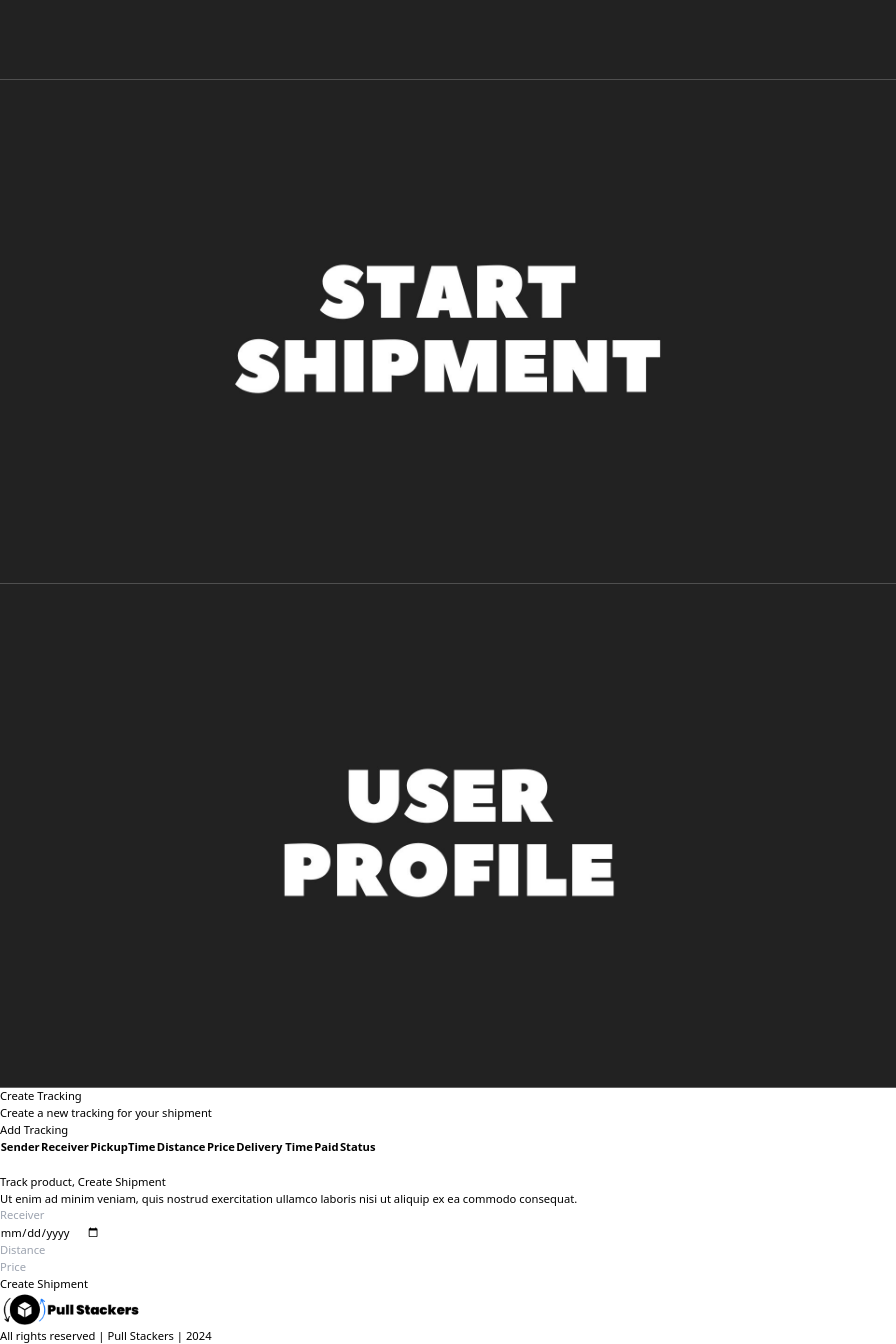
Repository: ThisIsSahaj/SupplyChainManagement
Page: /, after clicking the first element matching `p.inline-block`
These files come from the project's save history. The page is drawn as it stood at one moment and after the next save; the edit follows.
The browser window is 1280 px wide. The pictures show the part of the page from y = 1537 to 3457 px (the page is 3457 px tall before and 3433 px after), at 70% of full size.
The project was rebuilt for these pictures with package versions that can differ from the ones it lists, and the page was loaded fresh each time. The framework's server and built-in components were replaced by stand-ins that run in the browser. Also part of the build but not shown: next.config.js, Components/SVG/Str1.jsx, Components/Profile.jsx, Components/GetShipment.jsx, Components/CompleteShipment.jsx, Components/StartShipment.jsx, Components/SVG/Nav1.jsx, Components/SVG/Fot1.jsx and 1 more.

Above is the page before, as saved 2024-05-26 08:35:29.

### pages/_app.js
import "../styles/globals.css";


//INTERNAL IMPORT

import { TrackingProvider } from "../Conetxt/TrackingContext";

import {NavBar ,Footer} from "../Components";

export default function App({ Component, pageProps }) {

  return (
  <>
    <TrackingProvider>
    <NavBar />
     <Component {...pageProps} />
    </TrackingProvider>
    <Footer />
 </>
  );
}

//   return <Component {...pageProps} />;

// }

### pages/index.js
import React ,{ useState, useEffect, useCallback, useContext} from "react";
// module.exports = {
//     plugins: [
//       require('autoprefixer'),
//       // add other PostCSS plugins here if needed
//     ],
//   };
//internal import
import{
    Table,
    Form,
    Services,
    Profile,
    CompleteShipment,
    GetShipment,
    StartShipment,
} from "../Components/index.js";
import {TrackingContext} from "../Conetxt/TrackingContext";

const index=() =>{
    const{
        currentUser,
        createShipment,
        getAllShipments,
        completeShipment,
        getShipment,
        startShipment,
        getShipmentsCount,

    } =useContext(TrackingContext);
//STATE VARIABLE
    const [createShipmentModel , setCreateShipmentModel]= useState(false);
    const [openProfile , setOpenProfile]= useState(false);
    const [startModal , setStartModal]= useState(false);
    const [completeModal, setCompleteModal]= useState(false);
    const [getModel , setGetModel]= useState(false);
// DATA STATE VARIABLE
    const[allShipmentsdata ,setallShipmentsdata  ]=useState();

    useEffect(()=>{
      const getCampaignsData = getAllShipments();
        return async()=>{
        const allData = await getCampaignsData;
        setallShipmentsdata(allData);
        };
    },[]);

    return(
        <>
        <Services
        setOpenProfile={setOpenProfile}
        setCompleteModal={setCompleteModal}
        setGetModel={setGetModel}
        setStartModal={setStartModal}
        />
        <Table
        setCreateShipmentModel={setCreateShipmentModel}
        allShipmentsdata={allShipmentsdata}

        />
        <Form
        createShipmentModel={createShipmentModel}
        createShipment={createShipment}
        setCreateShipmentModel={setCreateShipmentModel}
        />
        <Profile
        openProfile={openProfile}
        setOpenProfile={setOpenProfile}
        currentUser={currentUser}
        getShipmentsCount={getShipmentsCount}
        />
        <CompleteShipment
        completeModal={completeModal}
        setCompleteModal={setCompleteModal}
        completeShipment={completeShipment}
        />
        <GetShipment
        getModel={getModel}
        setGetModel={setGetModel}
        getShipment={getShipment}
        />
        <StartShipment
        startModal={startModal}
        setStartModal={setStartModal}
        startShipment={startShipment}
        />
        </>

    );
};

export default index;

### Components/index.js
import Footer from "./Footer";
import Table from "./Table";
import NavBar from "./NavBar";
import Form from "./Form";
import Services from "./Services";
import Profile from "./Profile";
import GetShipment from "./GetShipment";
import CompleteShipment from "./CompleteShipment";
import StartShipment from "./StartShipment";
//SVG
import Nav1 from "./SVG/Nav1";
import Nav2 from "./SVG/Nav2";
import Nav3 from "./SVG/Nav3";
import Fot1 from "./SVG/Fot1";
import Fot2 from "./SVG/Fot2";
import Str1 from "./SVG/Str1";
export {
 Table,
Footer,
NavBar,
Form,
Services,
Profile,
GetShipment,
CompleteShipment,
StartShipment,
//SVG

Nav1,
Nav2,
Nav3,
Fot1,
Fot2,
Str1,
};

### Components/Footer.jsx
import React from "react";
import { Fot1, Fot2 } from "../Components/index";
import { fromJSON } from "postcss";


export default ()=>{
  // const footerNavs =[
  //   {
  //     href:"javasvript:void(0)",
  //     name:"Terms",
  //   },
  //   {
  //     href:"javasvript:void(0)",
  //     name:"Privacy",
  //   },
  //   {
  //     href:"javasvript:void(0)",
  //     name:"Licence",
  //   },
  //   {
  //     href:"javasvript:void(0)",
  //     name:"About us",
  //   },
  // ];
  return(
    <footer className="pt-10">
      <div className="max-w-screen-xl mx-auto px-4 text-gray-600 nd:px-8">
        <div className="justify-between sm:flex">
          <div className="space-y-6">
            <img src="logo.png" width={200}
          height={50} />
          <p className="max-w-md">
            {/* devloped by Pull Stackers. */}
          </p>
          {/* <ul className="flex flex-wrap gap-4 text-sm sm:text-base">
            {footerNavs.map((item,idx)=>(
              <li className="text-gray-800 hover:text-blue-500 duration-150">
                <a key={idx} href={item.href}>
                  {item.name}
                </a>
              </li>
            ))}
          </ul> */}
          </div>
            <div className="mt-6">
              <p className="text-gray-700 font-semibold"></p>
              <div className=" flex items-center gap-3 sm:block">
                <a href="javasvript:void(0)">

                </a>
                <a href="javasvript:void(0)" className="mt-0 block sm:mt-3">

                </a>
               </div>
              </div>
        </div>
        <div className="mt-10 py-10 border-t md:text-center">
          <p>All rights reserved | Pull Stackers | 2024</p>
        </div>
      </div>
    </footer>
  );
};

### Components/Table.jsx

export default ({ setCreateShipmentModel, allShipmentsdata})=>{
  const converTime = (time) => {
    const newTime = new Date(time);
    const dateTime = new Intl.DateTimeFormat("en-US", {
      year: "numeric",
      month: "2-digit",
      day: "2-digit",
  }).format(newTime);
  return dateTime;
};
console.log(allShipmentsdata);
return(
<div className="border-4 border-black rounded-xl max-w-screen-xl mx-auto px md:px-8">
  <div className=" items-start justify-between md:flex">
    <div className=" max-w-lg">
      <h3 className=" text-greay-800 text-xl font-bold sm:text-2xl">
        Create Tracking
      </h3>
<p className="mt-2 text-gray-600">
  Create a new tracking for your shipment
</p>
    </div>
    <div className="mt-3 md:mt-3">
      <p
      onClick={()=>setCreateShipmentModel(true)}
      href="javascript:void(0)"
      className="inline-block px-4 py-2 text-white duration-150 frnt-medium bg-black hover:bg-transparent hover:text-black active:bg-black md:text-sm rounded-lg
      md:inline-flex border-4 border-black pointer">
        Add Tracking
        </p>
    </div>
  </div>
  <div className="mt-12 shadow-sm rounded-lg overflow-x-auto">
    <table className=" w-full table-auto text-sm text-left">
      <thead className=" bg-gray-50 text-gray-600 font-medium border-b">
        <tr>
          <th className="px-6 py-3">Sender</th>
          <th className="px-6 py-3">Receiver</th>
          <th className="px-6 py-3">PickupTime</th>
          <th className="px-6 py-3">Distance</th>
          <th className="px-6 py-3">Price</th>
          <th className="px-6 py-3">Delivery Time</th>
          <th className="px-6 py-3">Paid</th>
          <th className="px-6 py-3">Status</th>
        </tr>
      </thead>
      <tbody className=" text-gray-600 divide-y">
      {allShipmentsdata?.map((shipment, idx)=>(
        <tr key={idx} >
          <td className="px-6 py-3 whitespace-nowrap">
            {shipment.sender.slice(0, 15)}...
          </td>
          <td className="px-6 py-4 whitespace-nowrap">
          {shipment.receiver.slice(0, 15)}...
          </td>
          <td className="px-6 py-4 whitespace-nowrap">
          {converTime (shipment.pickupTime)}
          </td>
          <td className="px-6 py-4 whitespace-nowrap">
          {converTime(shipment.pickupTime)}
          </td>
          <td className="px-6 py-4 whitespace-nowrap">
          {shipment.distance} Km
          </td>
          <td className="px-6 py-4 whitespace-nowrap">
           {shipment.price}
          </td>
          <td className="px-6 py-4 whitespace-nowrap">
          {shipment.deliveryTime}
          </td>
          <td className="px-6 py-4 whitespace-nowrap">
          {shipment.isPaid ? "Completed" : "Not Complete"}
          </td>
          <td className="px-6 py-4 whitespace-nowrap">
          {shipment.status == 0
            ? "Pending"
            : shipment.status == 1
            ? "IN_TRANSIT"
            : "Delivered"}
          </td>
        </tr>
      ))}
     </tbody>
    </table>
  </div>
</div>

);

};

### Components/NavBar.jsx
import { useEffect, useState, useContext } from "react";

import React from "react";
import {TrackingContext} from "../Conetxt/TrackingContext";
import {Nav1 ,Nav2,Nav3} from "../Components/index"
// import { title } from "process";
// import path from "path";

export default ()=>{
  const [state , setState]= useState(false);
  const { currentUser,connectWallet} =useContext(TrackingContext);

//   const navigation =[
//     { title: "Home", path:"#"},
//     { title: "About", path:"#" },
//     { title: "Contact Us", path:"#"},
//     { title: "Erc20", path:"#"}
// ];

useEffect(()=>{
  document.onclick =(e)=>{
    const target = e.target;
    if(!target.closest(".menu-btn")) setState(false)
  };
},[]);
return(
  <nav className={`bg-white  md:text-sm ${
    state
    ? " shadow-lg rounded-xl border mx-2 mt-2 md:shadow-none md:border-none md:mx-2 md:mt-0"
    :""
  }`}
  >

    <div className="gap-x-14 items-center max-w-screen-xl mx-auto px-4 md:flex md:px-8">
      <div className="flex justify-between items-center py-5 md:block">
        <a href="javascriot:void(0)">
          <img
          src="logo.png"
          width={200}
          height={50}
          alt="Pull Stackers Logo"
          />
        </a>
        <div className="md:hidden">
          <button
          className="menu-btn text-blue-500 hover:text-gray-800"
          onClick={()=>setState(!state)}>

            {state ? <Nav1/> : <Nav2/>}
          </button>
          </div>
    </div>
    <div className={`flex-1 items-center mt-8 md:mt-0 md:flex ${
      state ? "block" : "hidden"
    }`}>
      {/* <ul className=" justify-center items-center space-y-6md:flex md:space-x-6 md:space-y-0 inline-flex items-center justify-center">
        {navigation.map((item,idx)=>{
          return (
            <li key={idx} className="text-gray-700 hover:text-gray-900">
            <a href={item.path} className="block">
              {item.title}
            </a>
            </li>
          );
        })}
      </ul> */}

      <div className="flex-1 gap-x-6 items-center justify-end mt-6 space-y-6 md:flex md:space-y-0 md:mt-0">
        {currentUser ? (
          <p className="flex items-center justify-center gap-x-1 py-2 px-4
           text-white font-medium bg-gray-800 hover:bg-gray-700 active:bg-gray-900 rounded-xl md:inline-flex border-4 border-black">
            {currentUser.slice(0,25)}..
           </p>
        ) :(
          <button
          onClick={connectWallet}
          className="flex items-center justify-center gap-x-1 py-2 px-4 text-black font-medium bg-transparent hover:bg-black hover:text-white active:bg-gray-900  md:inline-flex border-4 border-black rounded-lg"
          >
            Connect Wallet
          <Nav3 />
          </button>
        )}
       </div>
    </div>
 </div>
</nav>
);
};

### Components/Form.jsx
import React, { useState } from "react";

export default ({
  setCreateShipmentModel,
  createShipmentModel,
  createShipment,
}) => {
  const [shipment, setShipment] = useState({
    receiver: "",
    pickupTime: "",
    distance: "",
    price: "",
  });

  const createItem = async () => {
    try {
      await createShipment(shipment);
    } catch (error) {
      console.log("Wrong creating item");
    }
  };

  return createShipmentModel ? (
    <div className="fixed inset-0 z-10 overflow-y-auto">
      <div
        className="fixed inset-0 w-full h-full bg-black opacity-40"
        onClick={() => setCreateShipmentModel(false)}
      ></div>
      <div className="flex items-center min-h-screen px-4 py-8">
        <div className="relative w-full max-w-lg p-4 mx-auto bg-white border-4 border-black rounded-xl
         shadow-lg">
          <div className="flex justify-end">
            <button
              className="p-2 text-gray-400 rounded-md hover:bg-gray-100"
              onClick={() => setCreateShipmentModel(false)}
            >
              <svg
                xmlns="http://www.w3.org/2000/svg"
                className="w-5 h-5 mx-auto"
                viewBox="0 0 20 20"
                fill="currentColor"
              >
                <path
                  fillRule="evenodd"
                  d="M4.293 4.293a1 1 0 011.414 0L10 8.586l4.293-4.293a1 1 0 111.414 1.414L11.414 10l4.293 4.293a1 1 0 01-1.414 1.414L10 11.414l-4.293 4.293a1 1 0 01-1.414-1.414L8.586 10 4.293 5.707a1 1 0 010-1.414z"
                  clipRule="evenodd"
                />
              </svg>
            </button>
          </div>
          <div className="max-w-sm mx-auto py-3 space-y-3 text-center">
            <h4 className="text-lg font-medium text-gray-800">
              Track product, Create Shipment
            </h4>
            <p className="text-[15px] text-gray-600">
              Ut enim ad minim veniam, quis nostrud exercitation ullamco laboris
              nisi ut aliquip ex ea commodo consequat.
            </p>
            <form onSubmit={(e) => e.preventDefault()}>
              <div className="relative mt-3">
                <input
                  type="text"
                  placeholder="Receiver"
                  className="w-full pl-5 pr-3 py-2 text-gray-500 bg-transparent outline-none border focus:border-gray-400 shadow-sm rounded-lg"
                  onChange={(e) =>
                    setShipment({
                      ...shipment,
                      receiver: e.target.value,
                    })
                  }
                />
              </div>
              <div className="relative mt-3">
                <input
                  type="date"
                  placeholder="pickupTime"
                  className="w-full pl-5 pr-3 py-2 text-gray-500 bg-transparent outline-none border focus:border-gray-400 shadow-sm rounded-lg"
                  onChange={(e) =>
                    setShipment({
                      ...shipment,
                      pickupTime: e.target.value,
                    })
                  }
                />
              </div>
              <div className="relative mt-3">
                <input
                  type="text"
                  placeholder="Distance"
                  className="w-full pl-5 pr-3 py-2 text-gray-500 bg-transparent outline-none border focus:border-gray-400 shadow-sm rounded-lg"
                  onChange={(e) =>
                    setShipment({
                      ...shipment,
                      distance: e.target.value,
                    })
                  }
                />
              </div>
              <div className="relative mt-3">
                <input
                  type="text"
                  placeholder="Price"
                  className="w-full pl-5 pr-3 py-2 text-gray-500 bg-transparent outline-none border focus:border-gray-400 shadow-sm rounded-lg"
                  onChange={(e) =>
                    setShipment({
                      ...shipment,
                      price: e.target.value,
                    })
                  }
                />
              </div>
              <button
                onClick={() => createItem()}
                className="block w-full mt-3 py-3 px-4 font-medium text-sm text-center text-white bg-black hover:bg-white hover:text-black active:bg-black
                rounded-lg border-4 border-black"
              >
                Create Shipment
              </button>
            </form>
          </div>
        </div>
      </div>
    </div>
  ) : (
    ""
  );
};

### Components/Services.jsx
import React from "react";
import Image from "next/image";
import images from "../Images/index"

export default ({
  setOpenProfile,
  setCompleteModal,
  setGetModel,
  setStartModal

})=>{
  const team =[
    {
      avatar:images.compShipment,
    },
    {
      avatar:images.getShipment,
    },
    {
      avatar:images.startShipment,
    },
    {
      avatar:images.userProfile,
    },
    // {
    //   avatar:images.shipCount,
    // },
    // {
    //   avatar:images.send,
    // },
  ];

  const openModalBox = (text)=>{
    if (text ===1){
      console.log('complete modal clicked');
      setCompleteModal(true);
    }else if(text ===2){
      setGetModel(true);
    }else if(text ===3){
      setStartModal(true);
    }else if(text ===4){
      setOpenProfile(true);
    }
  };
  return (
    <section className=" py-0 pb-14">
      <div className=" max-w-screen-xl mx-auto px-4 md:px-8">
        <div className="mt-12">
          <ul className="grid gap-8 sm:grid-cols-2 md:grid-cols-3">
            {team.map((item, i) => (
              <li key={i}>
                <div onClick={() => openModalBox(i+1)}
                className=" w-full h-60 sm:h-52 md:h-56">
                  <Image
                    src={item.avatar}
                    className="w-full h-full object-cover object-center shadow-md rounded-xl"
                    alt=""
                    />
                </div>
              </li>
            ))}
          </ul>
        </div>
      </div>
    </section>
  );

}

Loaded but not shown: styles/globals.css (common file); Components/SVG/Nav2.jsx (common file); Components/SVG/Nav3.jsx (common file); Images/index.js (common file); tailwind.config.js (common file); Conetxt/Tracking.json (461 lines, source omitted); Conetxt/TrackingContext.js (215 lines, source omitted)

After the next save:
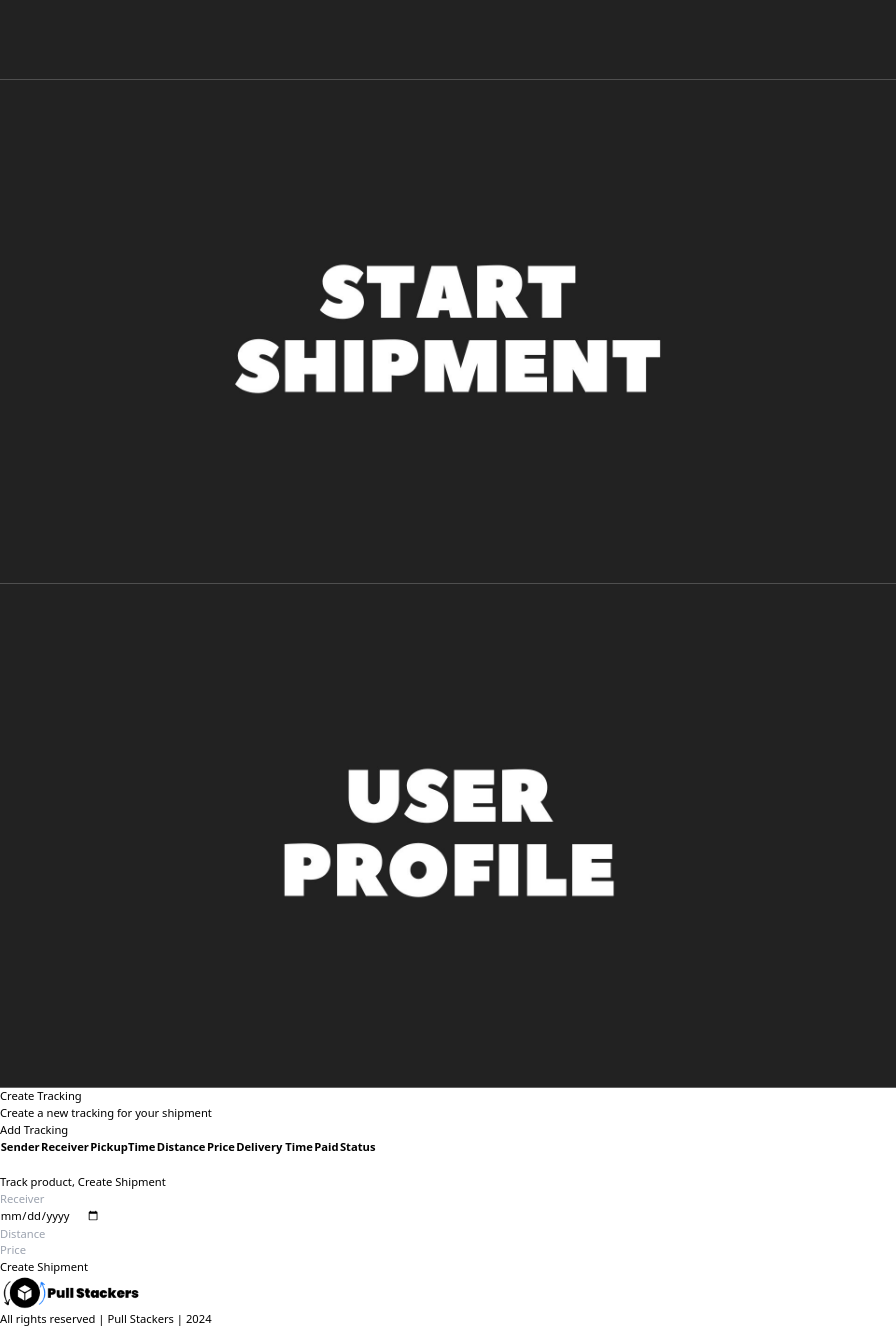
Saved 25 s later.
--- a/Components/Form.jsx
+++ b/Components/Form.jsx
@@ -52,10 +52,7 @@
             <h4 className="text-lg font-medium text-gray-800">
               Track product, Create Shipment
             </h4>
-            <p className="text-[15px] text-gray-600">
-              Ut enim ad minim veniam, quis nostrud exercitation ullamco laboris
-              nisi ut aliquip ex ea commodo consequat.
-            </p>
+
             <form onSubmit={(e) => e.preventDefault()}>
               <div className="relative mt-3">
                 <input
